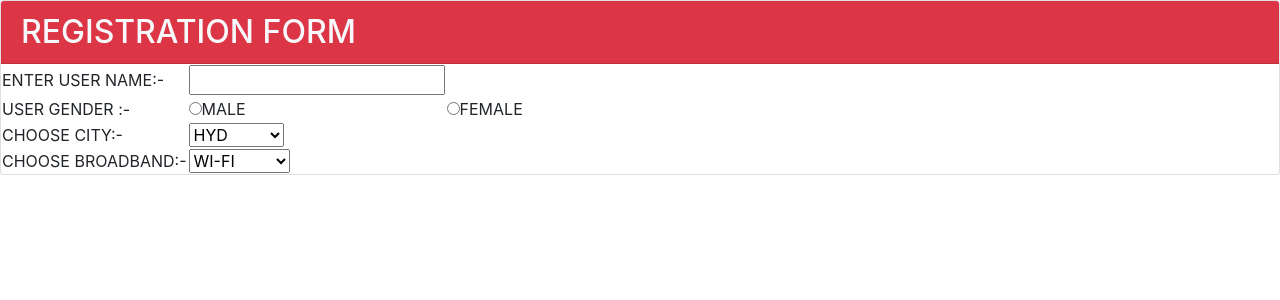
Repository: REDDI-BHARGAV/project
Page: PROJECT/src/main/webapp/src/main/webapp/WEB-INF/form.html
An editor plug-in stored every save of this project. The page is shown before and after the next save, followed by the edit.
The browser window is 1280 px wide. The pictures show the whole page.

Above is the page before, as saved 2022-07-26 07:08:28.

### PROJECT/src/main/webapp/src/main/webapp/WEB-INF/form.html
<!DOCTYPE html>
<html>
<head>
<meta charset="ISO-8859-1">
<title>Insert title here</title>
<link rel="stylesheet"
	href="https://cdn.jsdelivr.net/npm/bootstrap@4.0.0/dist/css/bootstrap.min.css"
	integrity="sha384-Gn5384xqQ1aoWXA+058RXPxPg6fy4IWvTNh0E263XmFcJlSAwiGgFAW/dAiS6JXm"
	crossorigin="anonymous">
</head>
<body class = "cotainer-fluid">
	<div class ="card">
	<form action="">
		<table>
		<h2 class="card-header text-centre bg-danger text-light">REGISTRATION FORM</h2>
			<tr>
				<td>ENTER USER NAME:-</td>
				<td><input type="text" name=" name "></td>
			</tr>
			<tr>
				<td>USER GENDER :-</td>
				<td><input type="radio" name=" GENDER " value="MALE">MALE</td>
				<td><input type="radio" name=" GENDER" value="FEMALE">FEMALE</td>
			</tr>
			<tr>
				<td>CHOOSE CITY:-</td>
				<td><select name="location">
						<option value="hyd ">HYD</option>
						<option value="chn ">CHENNAI</option>
						<option value="pune ">PUNE</option>
						<option value="mbm ">MUMBAI</option>
				</select></td>
			</tr>
			<tr>
				<td>CHOOSE BROADBAND:-</td>
				<td><select name="broadband">
						<option value="wifi ">WI-FI</option>
						<option value="chn ">INTERNET</option>
						<option value="pune ">HOTSPOT</option>
				</select></td>
			</tr>



		</table>

	</form>

	</div>

</body>
</html>

After the next save:
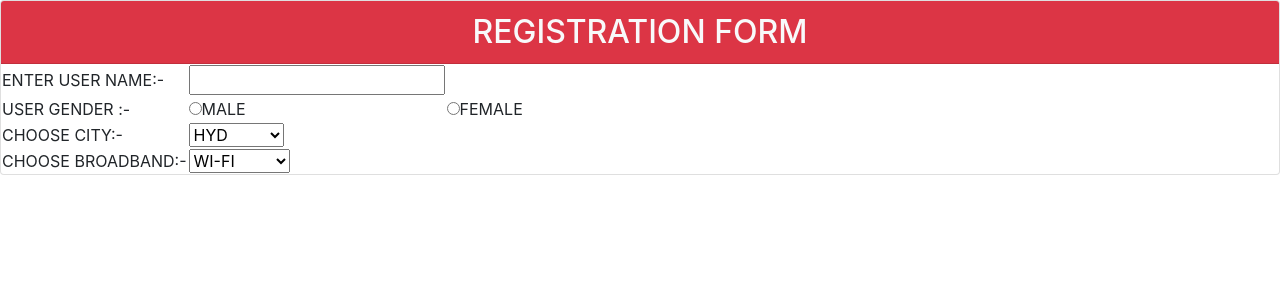
Saved 12 s later.
--- a/PROJECT/src/main/webapp/src/main/webapp/WEB-INF/form.html
+++ b/PROJECT/src/main/webapp/src/main/webapp/WEB-INF/form.html
@@ -12,7 +12,7 @@
 	<div class ="card">
 	<form action="">
 		<table>
-		<h2 class="card-header text-centre bg-danger text-light">REGISTRATION FORM</h2>
+		<h2 class="card-header text-center bg-danger text-light">REGISTRATION FORM</h2>
 			<tr>
 				<td>ENTER USER NAME:-</td>
 				<td><input type="text" name=" name "></td>
